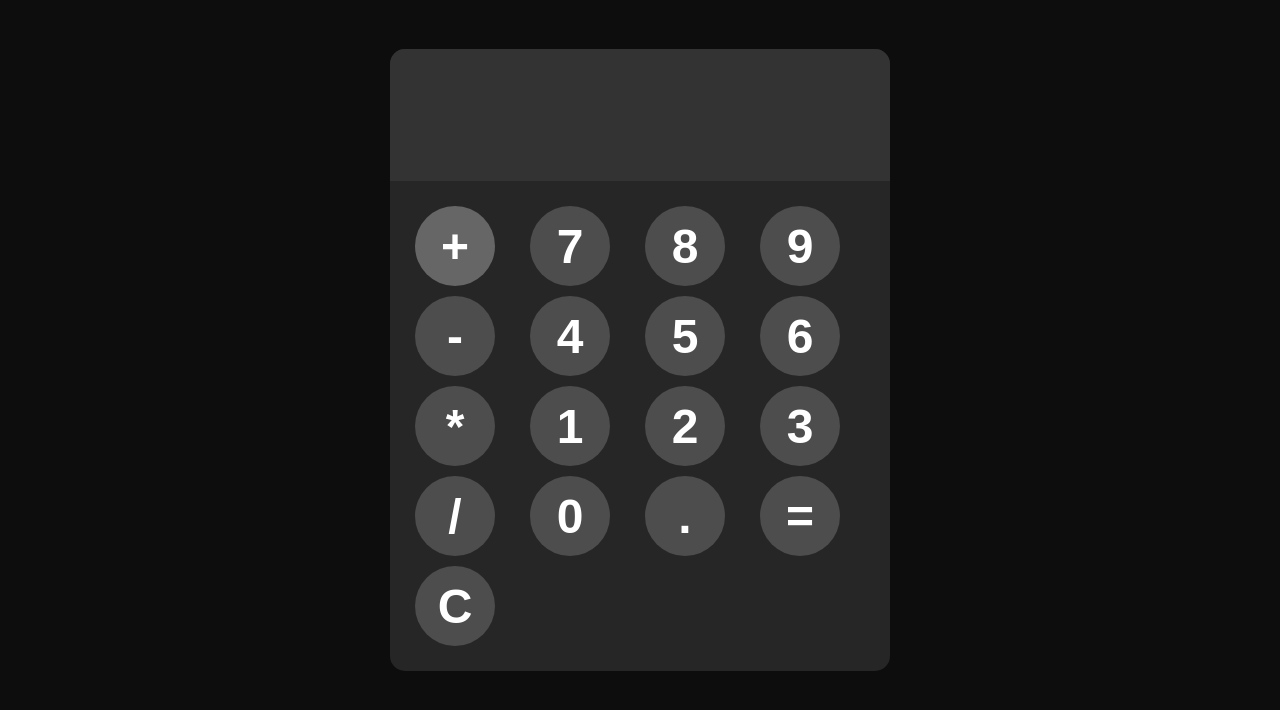
Repository: Haakim19/JavaScript
Page: Calculater/Main.html
These files come from the project's save history. The page is drawn as it stood at one moment and after the next save; the edit follows.
The browser window is 1280 px wide. The pictures show the whole page.
The first visible `button` is being pressed.

Above is the page before, as saved 2024-10-22 21:52:17.

### Calculater/Main.html
<!DOCTYPE html>
<html lang="en">
<head>
    <meta charset="UTF-8">
    <meta name="viewport" content="width=device-width, initial-scale=1.0">
    <title>Calculator</title>
    <link rel="stylesheet" href="Main.css">
</head>
<body>
    <div class="calculator">
        <input id= "display" readonly>
        <div class="keys">
            <button onclick="appentToDisplay('+')">+</button>
            <button onclick="appentToDisplay('7')">7</button>
            <button onclick="appentToDisplay('8')">8</button>
            <button onclick="appentToDisplay('9')">9</button>
            <button onclick="appentToDisplay('-')">-</button>
            <button onclick="appentToDisplay('4')">4</button>
            <button onclick="appentToDisplay('5')">5</button>
            <button onclick="appentToDisplay('6')">6</button>
            <button onclick="appentToDisplay('*')">*</button>
            <button onclick="appentToDisplay('1')">1</button>
            <button onclick="appentToDisplay('2')">2</button>
            <button onclick="appentToDisplay('3')">3</button>
            <button onclick="appentToDisplay('/')">/</button>
            <button onclick="appentToDisplay('0')">0</button>
            <button onclick="appentToDisplay('.')">.</button>
            <button onclick="calculate()">=</button>
            <button onclick="clear">C</button>
        </div>
    </div>

</body>
</html>

### Calculater/Main.css
body{
    margin: 0;
    display: flex;
    justify-content: center;
    align-items: center;
    height: 100vh;
    background-color: hsl(0,0%, 5%);
}
.calculator{
    font-family:sans-serif;
    background-color: hsl(0, 0%, 15%);
    border-radius: 15px;
    max-width: 500px;
    overflow: hidden;
}
#display{
    width: 100%;
    padding: 20px;
    font-size: 5rem;
    border: none;
    text-align: right;
    color: white;
    background-color: hsl(0, 0%, 20%);

}
.keys{
    display: grid;
    grid-template-columns: repeat(4, 1fr);
    gap: 10px;
    padding: 25px;
}
button{
    width: 80px;
    height: 80px;
    color: white;
    border-radius: 50px;
    border: none;
    font-size: 3rem;
    background-color: hsl(0, 0%, 30%);
    font-weight: bold;
    cursor: pointer;
}
button:hover{
    background-color: hsl(0, 0%, 40%);
}

After the next save:
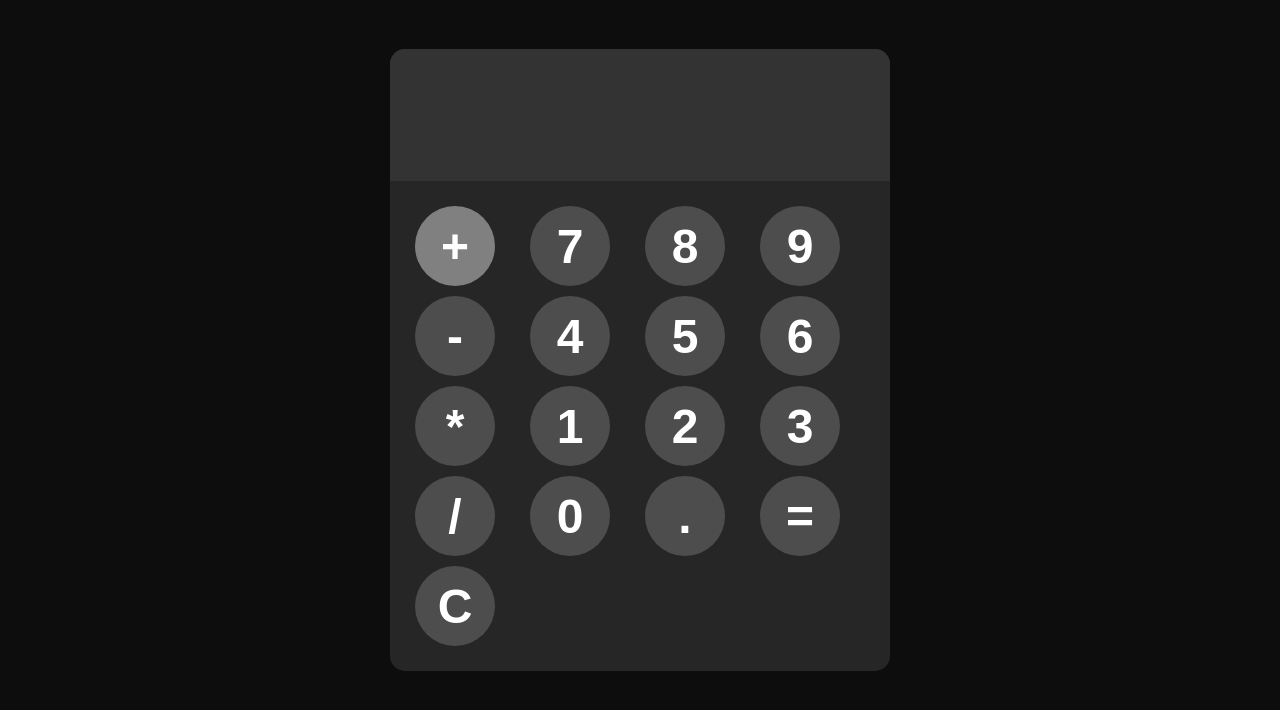
Saved 27 s later.
--- a/Calculater/Main.css
+++ b/Calculater/Main.css
@@ -43,3 +43,6 @@ button{
 button:hover{
     background-color: hsl(0, 0%, 40%);
 }
+button:active{
+    background-color: hsl(0, 0%, 50%);
+}
